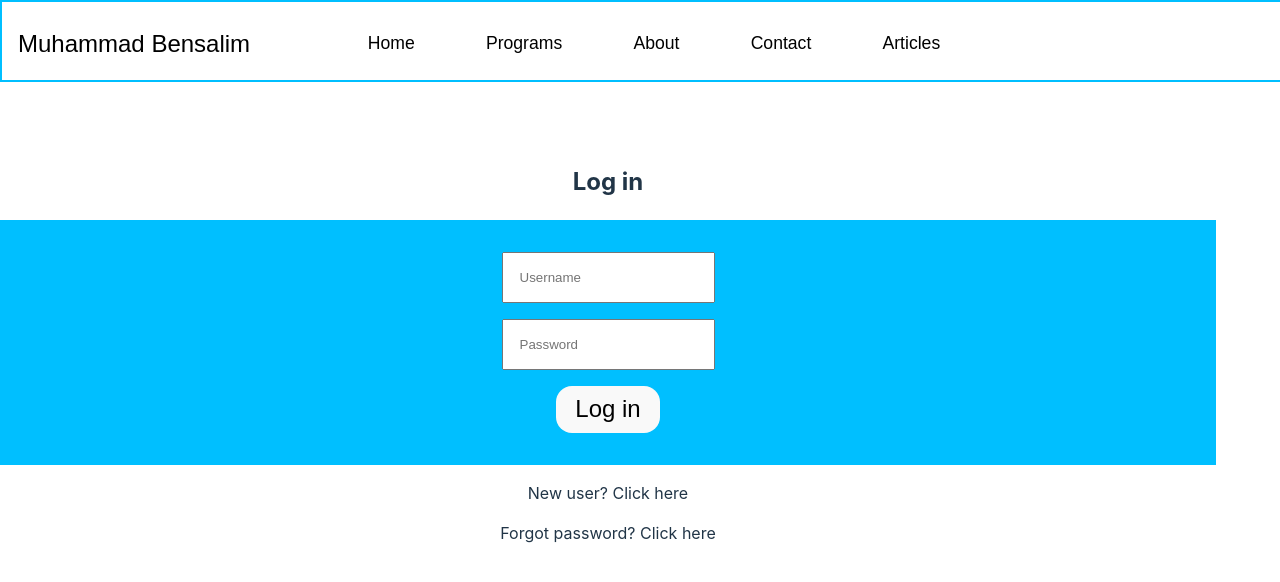
Repository: TMuse333/fitness_templates
Page: /progress
The author's editor kept a copy of each file at every save. The page is drawn from the files as they stood at one save, then again after a run of saves.
The browser window is 1280 px wide. The pictures show the whole page.
The project was rebuilt for these pictures with package versions that can differ from the ones it lists, and the page was loaded fresh each time. Also part of the build but not shown: vite.config.js, src/components/herobanner/herobanner.css, src/components/herobanner/herobanner.jsx, src/components/about/about.css, src/components/about/about.jsx, src/components/serviceOffering/serviceOffering.css, src/components/serviceOffering/serviceOffering.jsx, src/data/data.js and 33 more. Imported but missing from the stored project, and not drawn on this page: src/media/best_dunk.mp4.

Above is the page before, as saved 2024-03-09 19:32:01.

### src/main.jsx
import './index.css'
import * as React from 'react';
import { StrictMode } from 'react';
import { createRoot } from 'react-dom/client';
import { BrowserRouter } from 'react-router-dom';

import App from './App';

const rootElement = document.getElementById('root');
const root = createRoot(rootElement);

root.render(
  <StrictMode>
    <BrowserRouter>
      <App />
    </BrowserRouter>
  </StrictMode>
);

### src/index.css
:root {
  font-family: Inter, system-ui, Avenir, Helvetica, Arial, sans-serif;
  line-height: 1.5;
  font-weight: 400;

  color-scheme: light dark;
  color: rgba(255, 255, 255, 0.87);
  background-color: #242424;

  font-synthesis: none;
  text-rendering: optimizeLegibility;
  -webkit-font-smoothing: antialiased;
  -moz-osx-font-smoothing: grayscale;
}

a {
  font-weight: 500;

  text-decoration: inherit;
}
a:hover {

}

body {
  margin: 0;
  display: flex;
  place-items: center;
  min-width: 320px;
  min-height: 100vh;
}

h1 {
  font-size: 3.2em;
  line-height: 1.1;
}

button {
/* border: none;
  padding: 0.6em 1.2em;
  font-size: 1em;
  font-weight: 500;
  font-family: inherit;

  cursor: pointer;
  transition: border-color 0.25s;
  transition: all 0.3s ease-in; */
  background-color: #00bfff;

  font-size: 1.5rem;
  border-radius: 1rem;
  padding: 0.6rem 1.2rem;
  font-weight: 500;
  border: none;
  margin: 0 auto;
}
button:hover {
  /* transform: scale(1.3); */

}
button:focus,
button:focus-visible {
  outline: 4px auto -webkit-focus-ring-color;
}

@media (prefers-color-scheme: light) {
  :root {
    color: #213547;
    background-color: #ffffff;
  }
  a:hover {
    color: #747bff;
  }
  button {
    background-color: #f9f9f9;
  }
}

### src/App.jsx
import { useState } from 'react'

import './App.css'
import Homepage from '../pages/homepage'
import Program from '../pages/program';
import { BrowserRouter as Router, Route, Routes } from 'react-router-dom';
import Contact from '../pages/contact';
import About from '../pages/about';
import Articles from '../pages/articles';
import Progress from '../pages/progress';


function App() {
  const [count, setCount] = useState(0)

  return (
    <>
    <Routes>
      <Route path='/'
        element={<Homepage/>}
        />
        <Route path='programs'
        element={<Program/>}
        />
        <Route path='contact'
        element={<Contact/>}
        />
        <Route path='about'
        element={<About/>}
        />
        <Route path='articles'
        element={<Articles/>}
        />
        <Route path='progress'
        element={<Progress/>}
        />
    </Routes>

    </>
  )
}

export default App

### src/App.css
#root {
  max-width: 1280px;
  margin: 0 auto;
  padding: 2rem;
  text-align: center;
}

.logo {
  height: 6em;
  padding: 1.5em;
  will-change: filter;
  transition: filter 300ms;
}
.logo:hover {
  filter: drop-shadow(0 0 2em #646cffaa);
}
.logo.react:hover {
  filter: drop-shadow(0 0 2em #61dafbaa);
}

.homepage{
  position: absolute;
  left:0;
  top:0;
  overflow-x: hidden;
  background: radial-gradient(circle at center, rgba(1, 181, 241, 0.7), rgba(24, 60, 84, 0.7));
}

.program-container, .personal-container, .articles-container
{
  position: absolute;
  top:0;
  left:0;
  overflow-x: hidden;
}

.progress-container{
  position: absolute;
  left:0;
  top:20%;
}

.program-video{
  background-color: red;
}

.questions-list{
  margin-bottom: 3rem;
}



@keyframes logo-spin {
  from {
    transform: rotate(0deg);
  }
  to {
    transform: rotate(360deg);
  }
}

@media (prefers-reduced-motion: no-preference) {
  a:nth-of-type(2) .logo {
    animation: logo-spin infinite 20s linear;
  }
}

.card {
  padding: 2em;
}

.read-the-docs {
  color: #888;
}

### pages/progress.jsx
import React from "react";
import Navbar from "../src/components/navbar/navbar";
import Login from "../src/components/login/Login";



const Progress = () => {

    const links = [
        {
            dest:'/',
            name:'Home'
          },
        {
            dest:'programs',
            name:'Programs'
        },
        {
            dest:'about',
            name:'About'
        },
        {
            dest:'contact',
            name:'Contact'
        },
        {
            dest:'articles',
            name:"Articles"
        },

    ]

    return (<>
<Navbar links={links}
/>
<div className="progress-container">


       <Login/>
       </div>
        </>

    )
}


export default Progress

### src/components/navbar/navbar.jsx
import React, { useState,useEffect } from 'react';
// import { FaArrowLeft, FaArrowRight } from 'react-icons/fa';
import { Link } from 'react-router-dom';
import './navbar.css'

import nobg from '../../media/quantum-striker-pose.png'





const Navbar = ({links,id}) => {
  const [subMenuVisible, setSubMenuVisible] = useState(false);
  const [isMobile, setIsMobile] = useState(true)
  const [hovered, setHovered] = useState(false)
  const [navHovered, setNavHovered] = useState(null)

  const handleMouseEnter = () => {
    setHovered(true)
  }

  const handleMouseLeave = () => {
    setHovered(false)
  }

  const handleNavEnter = (index) => {
    setNavHovered(index);
  };

  const handleNavLeave = () => {
    setNavHovered(null);
  };

  const toggleSubMenu = () => {

    setSubMenuVisible(!subMenuVisible);
  };


  useEffect(() => {
    // Function to update sub-menu visibility when the screen width changes
    const handleResize = () => {
      const screenWidth = window.innerWidth;
      setIsMobile(!(screenWidth >= 865)); // Set subMenuVisible to true if screen width is at least 415 pixels
    };

    // Add a resize event listener to update the sub-menu visibility
    window.addEventListener('resize', handleResize);

    // Initial call to set sub-menu visibility based on current screen width
    handleResize();

    // Clean up the event listener when the component unmounts
    return () => {
      window.removeEventListener('resize', handleResize);
    };
  }, []);

  const style = {
height: isMobile && !subMenuVisible ? '0px' :  isMobile ? '190px' : 'auto',
overflowY:'hidden',
width: isMobile ?'80px':'auto',
backgroundImage: isMobile ? 'linear-gradient(to right, #00bfff, #4db8ff, #64bcff, #00bfff)' : null,
transition: isMobile? 'height 0.3s ease-in,padding 0.3s ease-in' : null,
marginTop: isMobile ? '1rem' : null,
borderRadius:'10px',
paddingTop:subMenuVisible ?'1rem' : '0'



  };

  const navStyle = (index) => {

    return{
      backgroundColor: navHovered === index? '#00bfff' : null,
      padding:'0 0.55rem 0 0.55rem',
      borderRadius:'7px',
      // color:navHovered === index? '#6c5933' : null,
    }
  }

  const logoStyle = {
    transform: hovered || subMenuVisible? 'scale(1.3)' : 'scale(1)',
    width:'50px',
    transition:'all ease-in 0.3s',
    backgroundColor:'transparent',
    marginTop:'-1rem'
  }

  return (

    <div className='navbar-container'
    id={id}>
    <p
          className='big-logo'
          style={logoStyle}
          />
    <div className='navbar-logo'>

   <Link to='/'
   className='home-nav'>


        <p className='navbar-logo'
      >Muhammad Bensalim</p>
       </Link>

      </div>




      <div className='list-container'>
        <button onClick={toggleSubMenu}

        className='mini-logo'

        >



       <img style={logoStyle}
       onMouseEnter={handleMouseEnter}
       onMouseLeave={handleMouseLeave}
       src={nobg}

 />
        </button>
        <ul
        className='nav-list'
        style={style}

         >

          {links.map((link,index) => (
            <Link to={link.dest}
            key={index}
            className='nav-link'>
                <li
                onMouseEnter={()=>handleNavEnter(index)}
                onMouseLeave={()=>handleNavLeave()}
                style={navStyle(index)}>
                  {link.name}
                </li>
            </Link>
          ))}

        </ul>
      </div>




       </div>

  );
};

export default Navbar;

### src/components/login/Login.jsx
import React from "react";
import './login.css'

const Login = () => {
  return (
    <>
      <div className="login-container">
        <h2>Log in</h2>
        <div className="login-box">
          <form>
            <div className="form-group">

              <input type="text" id="username" name="username"
              placeholder="Username"/>
            </div>

            <div className="form-group">

              <input type="password" id="password" name="password"
              placeholder="Password" />
            </div>

            <button type="submit">Log in</button>
          </form>

        </div>
        <p>New user? Click here</p>
        <p>Forgot password? Click here</p>
      </div>
    </>
  );
};

export default Login;

### src/components/navbar/navbar.css
/* Add this to your navbar.css file */

.navbar-container{


    position: fixed;
     width: 100vw;

     top: 0px;
     left:0px;
     background:rgba(255, 255, 255, 0.7) ;

     height: 70px;
     z-index: 30;
  padding-top: 0.5rem;
  border-bottom: 2px solid #333;

    border: 2px solid #00bfff;

   }

   #overview-nav{
    background: radial-gradient(circle at center, rgba(0, 153, 205, 0.7), rgba(48, 115, 160, 0.9));
   }

   .big-logo{
     display: none;
   }

   .list-container {
    color:white;
    transform: translateY(-2.5rem);
    width:min-content;
    margin-left: auto;
    /* background-color: #BE9F5B; */
    margin-right: 2rem;
  /* background: linear-gradient(to right, #6c5933, #be9f5b, #6c5933);; */



   }

   .nav-list{
     /* margin-right: 2rem; */
     width: 50px;
     align-items: center;
     display:flex;
     flex-direction: column;
     margin-right: -1.5rem;
     color:black;
     /* background-color: #BE9F5B;
     background: linear-gradient(to right, #6c5933, #be9f5b, #6c5933); */
   }

   .home-nav{
    text-decoration: none;
   }

   .list-container li{
     list-style-type: none;
     /* transform: translateX(-25%); */
     padding:10px;
     color:black;
     font-weight: 500;
     transform: translateX(-1rem);
     font-family: 'Palatino Sans', 'Palatino Sans Informal', 'Palatino Sans Text', 'Palatino Sans W1G', 'Palatino Sans W01', sans-serif;
    text-decoration: none;
    margin-top: 0.5rem;
    margin-bottom: 1rem;
    /* color:white; */



     /* margin-top: -2rem; */

   }

   .list-container li a {
    text-decoration: none;
    color:white;
   }

   .mini-logo {
     display: flex;
     justify-content: center;
     align-items: center;
     margin-top: -1rem;
     height: 2.5rem;
     width: 2rem; /* Set the width and height to make it a perfect circle */
     padding: 0; /* Remove padding */
     border-radius: 50%; /* Make it circular */
     margin-left: auto;

     /* margin-right: auto; */
     background-color: transparent;
     border-color: transparent;



   }

   .navbar-logo{
     color:black;
     text-align: left;
     margin-left: 0.5rem;
     font-family: 'Abhaya Libre', sans-serif;
     font-size: 1.3rem;
     margin-top: 1.3rem;
     /* background-color: #BE9F5B; */
     /* background-image: url(src/media/SAINEY-MEDIA.png); */

   }

   .nav-button::before,
   .nav-button::after {
     content: '';
     position: absolute;
     background-color: #d15959; /* Set the color of the lines */
     height: 2px; /* Set the height of the lines */
     width: 10%; /* Set the width of the lines */
   }

   .nav-button::before {
     top: 5%;
   }

   .nav-button::after {
     top: 8%;
   }

  .nav-link{
  text-decoration: none;
  color:white;
  }

  @media screen and (min-width:400px){
    .mini-logo{
      margin-right: 1.5rem;
    }
  }



   @media screen and (min-width: 865px)  {
     .nav-list {
       display: flex;
       width:max-content;
       flex-direction: row;
       justify-content: space-between;
       padding:0 5px 0 5px;
       margin-top: -0.8rem;
       height:100%;
       /* transform: translateX(1rem); */
       /* background-color: rgb(38, 37, 79); */
       /* background-color: #d15959; */




       /* background-color: ; */
     }

     /* .navbar-container{
      width:98vw;
     } */

     .list-container{
      width:45vw;
      margin-top: -1.5rem;
     }

     .list-container li{
      font-size: 1.1rem;
      font-weight: 400;
     }



     .nav-button{
       /* display: none; */
     }

     .list-container li{
       transform: translateX(0rem);
       white-space: nowrap;
       padding:0;
     }

     .list-container{

       margin-left: auto;
       margin-right: auto;
     }

     .mini-logo{
       display: none;
     }

     .navbar-logo{
      font-size: 1.5rem;
      margin-top: 1rem;
     }

     .big-logo{
       position: absolute;
       right:2rem;
       display: flex;
       top:1rem;
     }

     /* .navbar-logo{
       display: none;
     } */
   }

### src/components/login/login.css
.login-box{
    background-color: #00bfff;
    padding:2rem;
    width:90vw;
    margin:0 auto;
}

.login-box input{
    padding:1rem;
    margin-bottom: 1rem;
}

.login-contanier{
    width:100vw;
}

Loaded but not shown: index.html (common file)

After the next 2 saves:
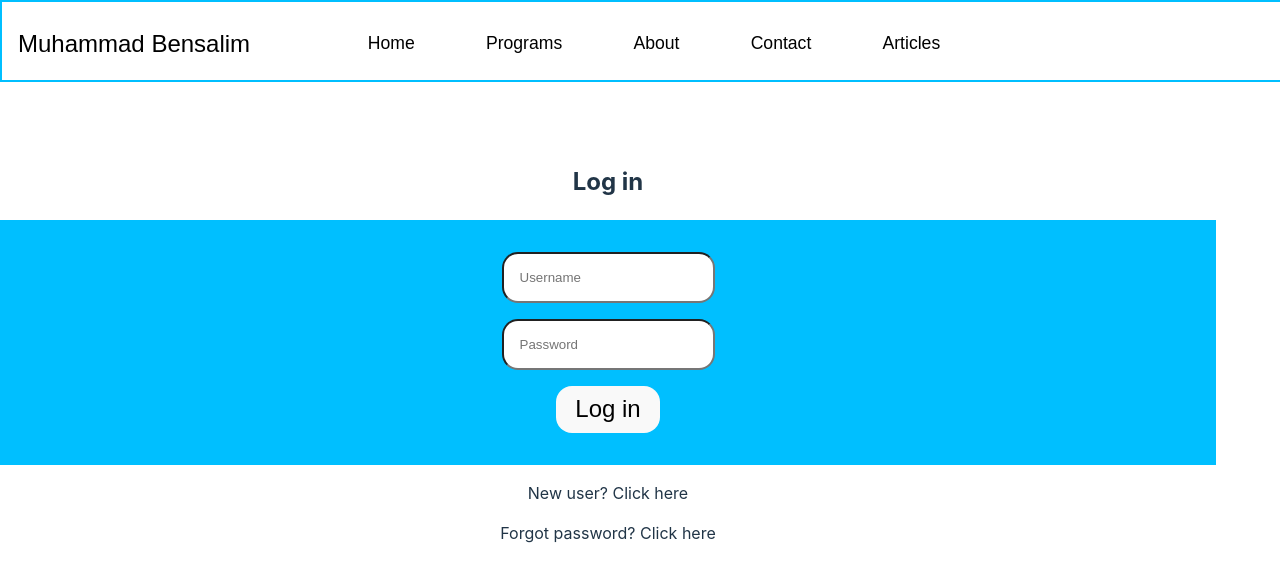
The 2 saves are shown as one change because they came seconds apart.
The last was saved 10 s later.
--- a/src/components/login/login.css
+++ b/src/components/login/login.css
@@ -8,6 +8,7 @@
 .login-box input{
     padding:1rem;
     margin-bottom: 1rem;
+    border-radius: 1rem;
 }
 
 .login-contanier{
